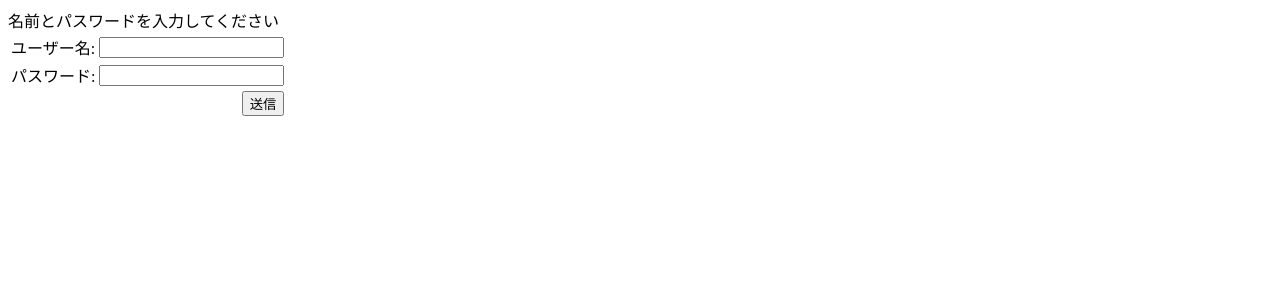
Repository: fujita0830/learning
Page: http://localhost/WebProj/WelcomeAction.action
The author's editor kept a copy of each file at every save. The page is drawn from the files as they stood at one save, then again after the next save.
The browser window is 1280 px wide. The pictures show the whole page.
The page is served by Tomcat 9. Other server files are loaded and not shown.

Above is the page before, as saved 2018-12-21 08:16:57.

### WebProj/WebContent/welcome.jsp
<%@ page language="java" contentType="text/html; charset=UTF-8"
    pageEncoding="UTF-8"%>
<%@ taglib prefix="s" uri="/struts-tags" %>
<!DOCTYPE html PUBLIC "-//W3C//DTD HTML 4.01 Transitional//EN" "http://www.w3.org/TR/html4/loose.dtd">
<html>
<head>
<meta http-equiv="Content-Type" content="text/html; charset=UTF-8">
<title>WELCOME</title>
</head>
<body>

名前とパスワードを入力してください

<s:form method="post" action="LoginAction">
  <s:textfield name="username" label="ユーザー名"/>
  <s:password name="password" label="パスワード"/>
  <s:submit value="送信"/>

</s:form>

</body>
</html>

After the next save:
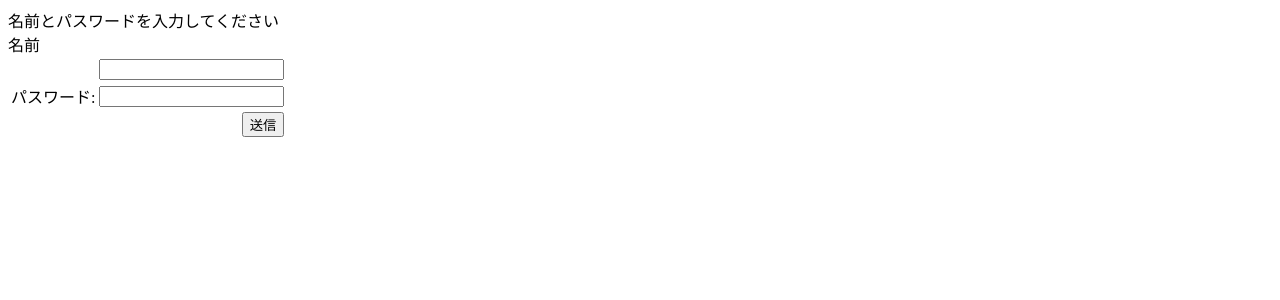
Saved 89 s later.
--- a/WebProj/WebContent/welcome.jsp
+++ b/WebProj/WebContent/welcome.jsp
@@ -12,7 +12,7 @@
 名前とパスワードを入力してください
 
 <s:form method="post" action="LoginAction">
-  <s:textfield name="username" label="ユーザー名"/>
+  <s:textfield name="username">  名前</s:textfield>
   <s:password name="password" label="パスワード"/>
   <s:submit value="送信"/>
 
